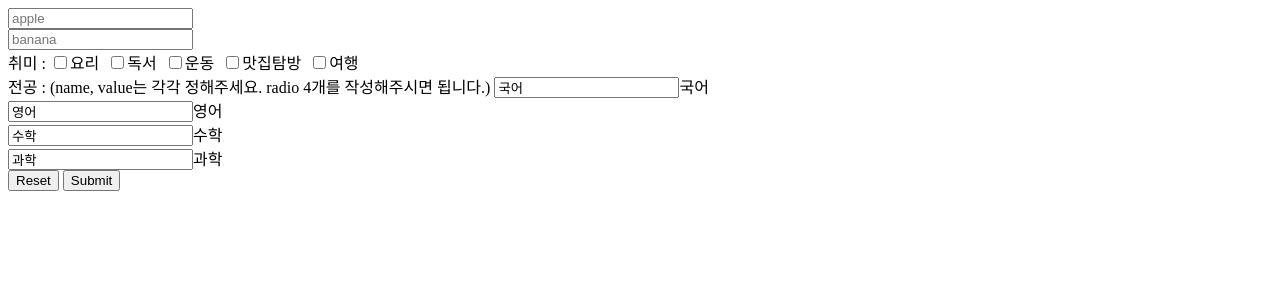
Repository: eun-chongzzz/jsp_practice
Page: http://localhost/JSPBasic/jspObject/1.requests/req_param_send.jsp
The author's editor kept a copy of each file at every save. The page is drawn from the files as they stood at one save, then again after the next save.
The browser window is 1280 px wide. The pictures show the whole page.
The page is served by Tomcat 9.

Above is the page before, as saved 2022-02-03 06:34:28.

After the next save:
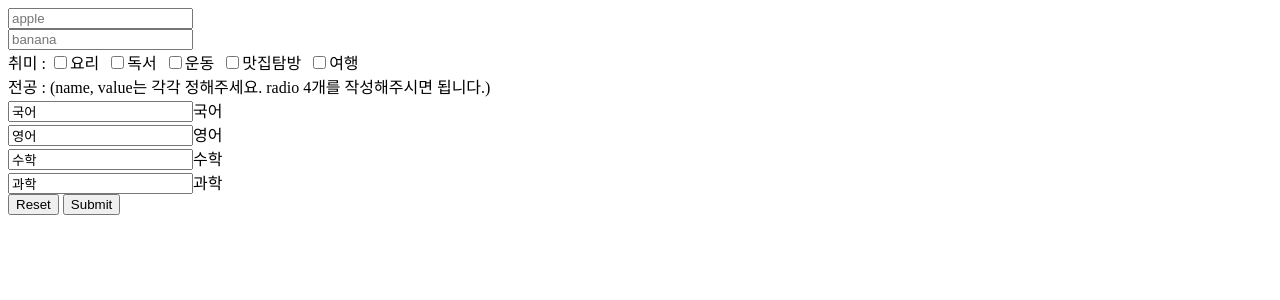
Saved 14 s later.
--- a/JSPBasic/src/main/webapp/jspObject/1.requests/req_param_send.jsp
+++ b/JSPBasic/src/main/webapp/jspObject/1.requests/req_param_send.jsp
@@ -26,7 +26,7 @@ form의 action이 바로 목적지를 적는 부분임.
 		<input type="checkbox" name="hobby" value="맛집탐방">맛집탐방&nbsp;
 		<input type="checkbox" name="hobby" value="여행">여행&nbsp;<br>
 
-		전공 : (name, value는 각각 정해주세요. radio 4개를 작성해주시면 됩니다.)
+		전공 : (name, value는 각각 정해주세요. radio 4개를 작성해주시면 됩니다.)<br>
 		<input type="ridio" name="class" value="국어">국어&nbsp;<br>
 		<input type="ridio" name="class" value="영어">영어&nbsp;<br>
 		<input type="ridio" name="class" value="수학">수학&nbsp;<br>
